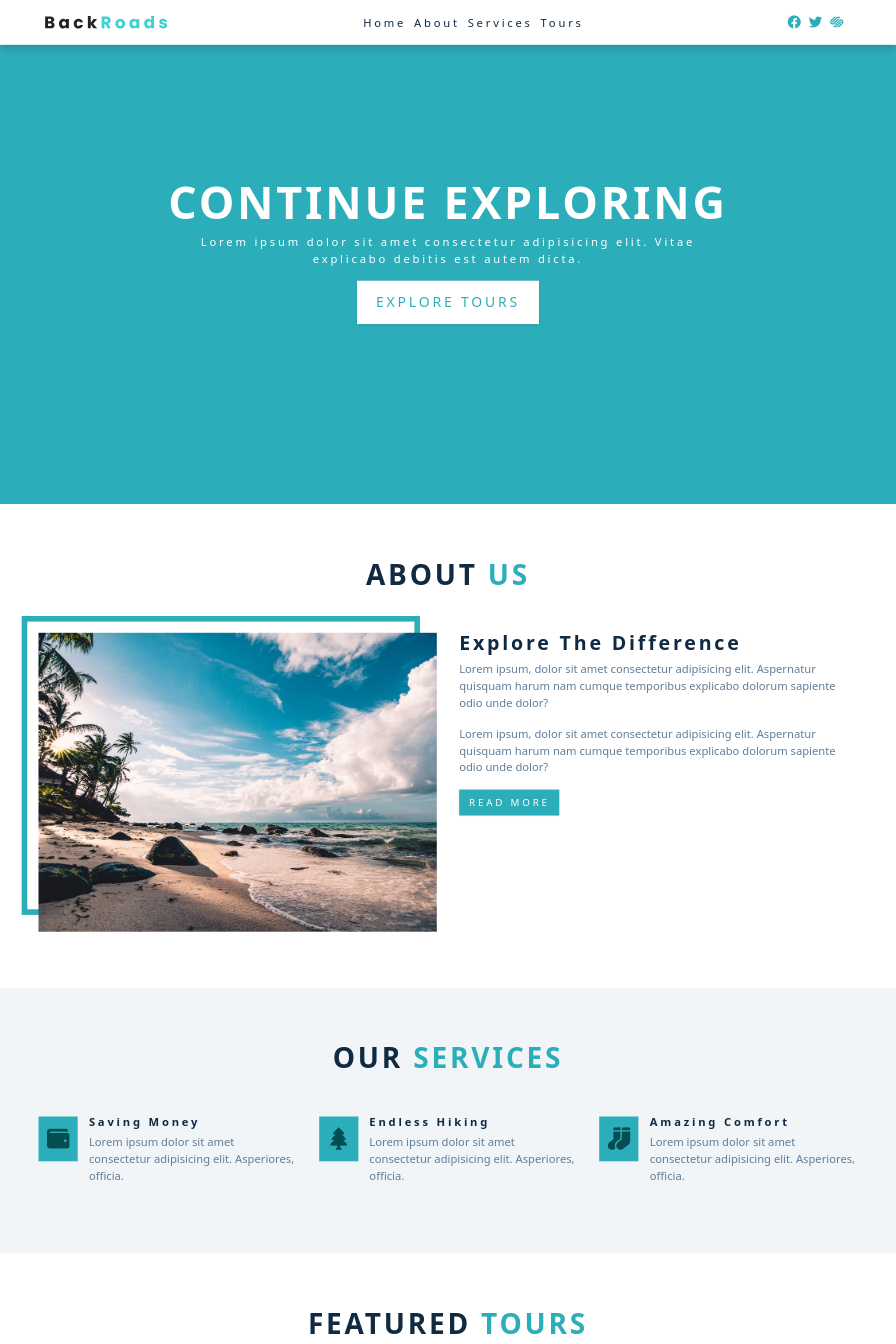
Repository: EdurdodaSilva/Ract_Basic
Page: /
An editor plug-in stored every save of this project. The page is shown before and after the next save, followed by the edit.
The browser window is 1280 px wide. The pictures show the part of the page from y = 0 to 1920 px (the page is 3359 px tall), at 70% of full size.
Some web libraries are served in a nearby version. The project was rebuilt for these pictures with package versions that can differ from the ones it lists, and the page was loaded fresh each time.

Above is the page before, as saved 2024-08-29 08:32:08.

After the next save:
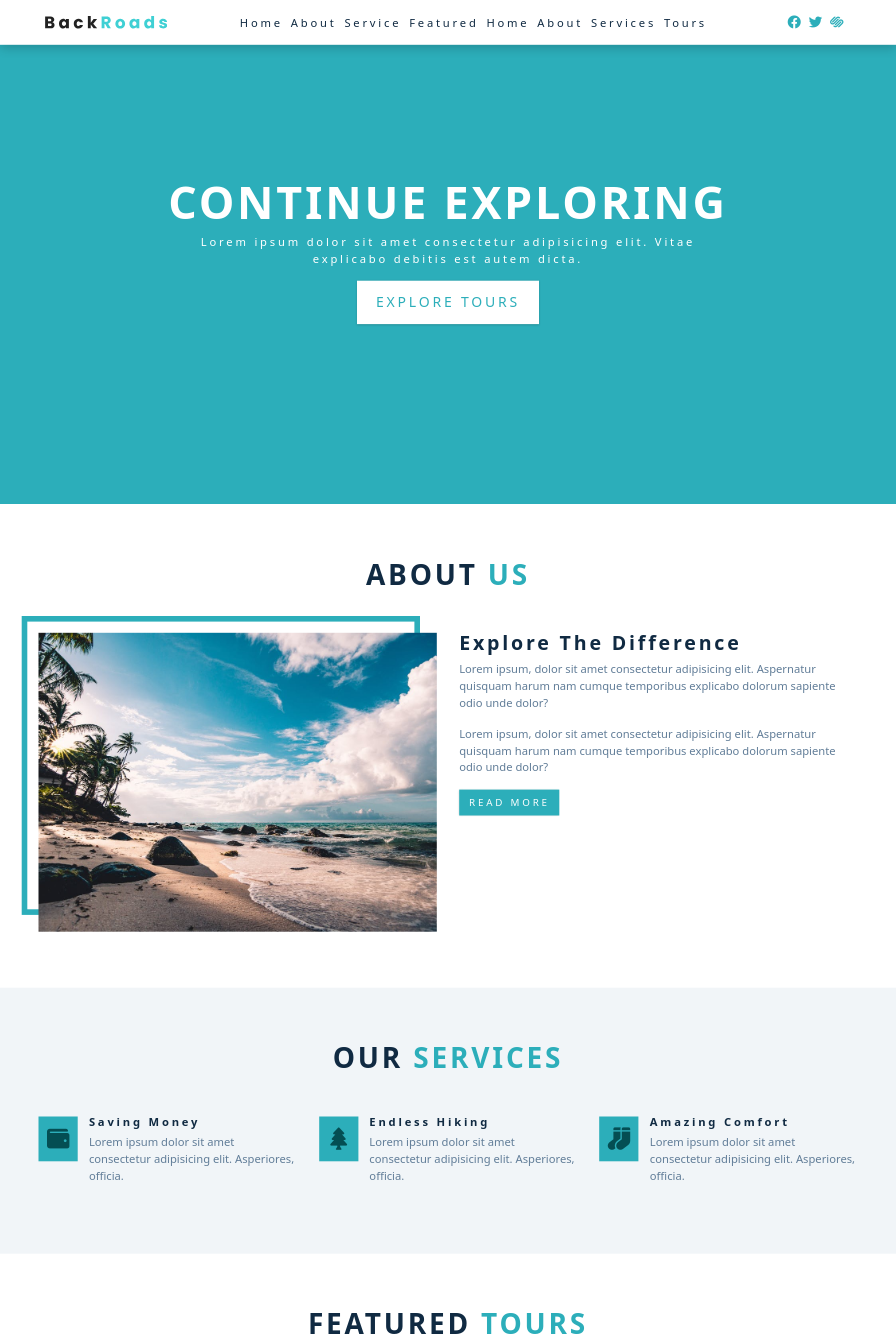
Saved 5 min 13 s later.
--- a/src/components/Navbar.js
+++ b/src/components/Navbar.js
@@ -19,6 +19,15 @@ const Navbar = () => {
                 </div>
                 {/* <!-- left this comment on purpose --> */}
                 <ul className="nav-links" id="nav-links">
+                    {pageLinks.map((links) => {
+                        return (
+                            <li key={links.id}>
+                                <a href={links.href} className="nav-link">
+                                    {links.text}
+                                </a>
+                            </li>
+                        );
+                    })}
                     <li>
                         <a href="#home" className="nav-link">
                             {" "}
